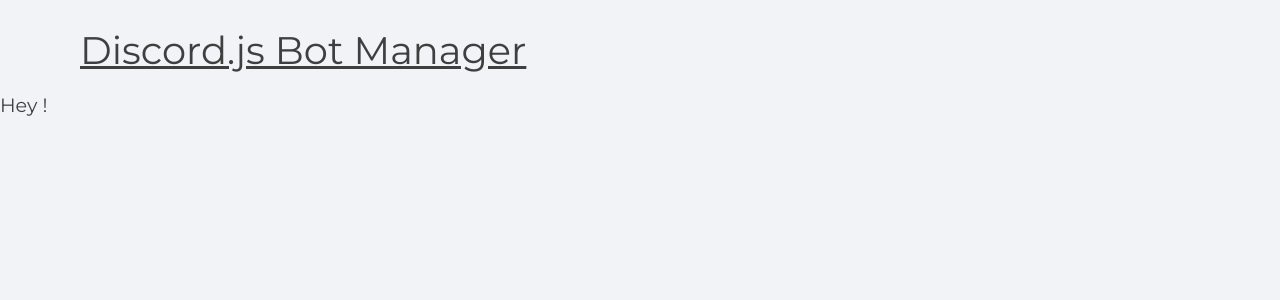
Repository: O-Schell/Discord-Bot-Manager
Page: Web_Interface/login page/Login.HTML
An editor plug-in stored every save of this project. The page is shown before and after the next save, followed by the edit.
The browser window is 1280 px wide. The pictures show the whole page.
Some web libraries are served in a nearby version. The style sheet was rebuilt from its Sass, Less or Tailwind sources for each picture, by a compiler version that may differ from the author's.

Above is the page before, as saved 2020-11-24 20:45:08.

### Web_Interface/login page/Login.HTML
<!DOCTYPE html>
<html lang="fr">

<head>
  <meta charset="utf-8" />
  <title>Bot Manager</title>
  <link rel="stylesheet" href="style.css" />
  <!--<script src="script.js"></script>-->
</head>

<body>
  <div class="container">
    <div>
      <h1><u>Discord.js Bot Manager</u></h1>
    </div>
  </div>
  <p1>Hey !</p1>
</body>

</html>

### Web_Interface/login page/style.scss
@import url("https://fonts.googleapis.com/css?family=Montserrat:400,700&display=swap");
@import url("https://unpkg.com/bootstrap@3.3.7/dist/css/bootstrap.min.css");

$mainC: #f1f3f6;
$secC: #9dabc0;

body {
  background: $mainC;
}

h1 {
  padding: 10px 10px;
  font-size: 3vw;
  width: max-content;
  font-family: "Montserrat";
  color: #3f3f3f;
}
p1 {
  font-size: 1.5vw;
  width: max-content;
  font-family: "Montserrat";
  color: #3f3f3f;
}

.title {
  position: fixed;
  left: 50%;
  transform: translate(-50%);
}

.neumorphism {
  border-radius: 30px;
  padding: 10px 10px;
  background: #dedede;
  box-shadow: 20px 20px 60px #6f6f6f, -20px -20px 60px #ffffff;

}

After the next save:
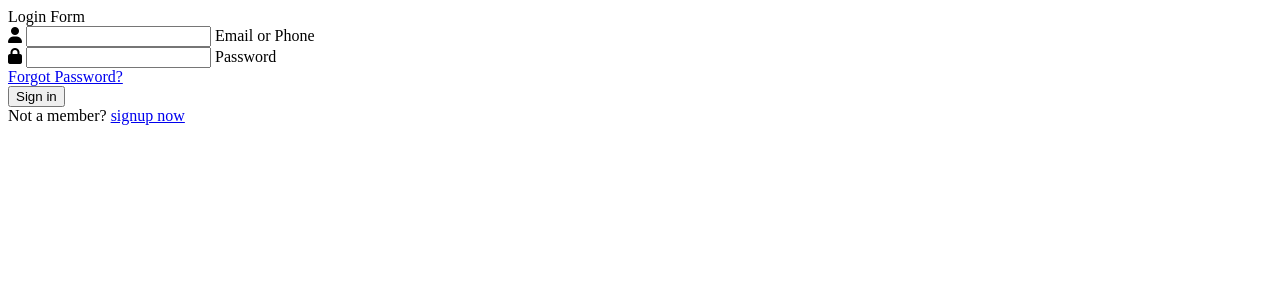
Saved 55 s later.
--- a/Web_Interface/login page/Login.HTML
+++ b/Web_Interface/login page/Login.HTML
@@ -1,20 +1,33 @@
 <!DOCTYPE html>
 <html lang="fr">
+<head>
+  <meta charset="UTF-8">
+  <meta name="viewport" content="width=device-width, initial-scale=1.0">
+  <meta http-equiv="X-UA-Compatible" content="ie=edge">
+  <title>Neumorphism Login Form UI</title>
+  <script src="https://kit.fontawesome.com/a076d05399.js"></script>
+</head>
+<body>
+    <div class="content">
 
-<head>
-  <meta charset="utf-8" />
-  <title>Bot Manager</title>
-  <link rel="stylesheet" href="style.css" />
-  <!--<script src="script.js"></script>-->
-</head>
-
-<body>
-  <div class="container">
-    <div>
-      <h1><u>Discord.js Bot Manager</u></h1>
-    </div>
+      <div class="text">Login Form</div>
+      <form action="#">
+        <div class="field"><!--                                                                                                                       /*font-weight: 600;background: #dde1e7;border: none;outline: none;ursor: pointer;border-radius: 25px;box-shadow: 2px 2px 5px #babecc,-5px -5px 10px#ffffff73;}button:focus{color: #3498db;box-shadow: inset 2px 2px 5px #babecc,inset -5px -5px 10px #ffffff73;}.signup{font-size: 16px;color: #595959;*/-->
+          <span class="fas fa-user"></span>
+          <input type="text" required>
+          <label>Email or Phone</label>
+        </div>
+        <div class="field">
+          <span class="fas fa-lock"></span>
+          <input type="password">
+          <label>Password</label>
+        </div>
+        <div class="forgot-pass"><a href="#">Forgot Password?</a></div>
+        <button>Sign in</button>
+        <div class="signup">Not a member?
+          <a href="#">signup now</a><!--                                                                                                                       /*font-weight: 600;background: #dde1e7;border: none;outline: none;ursor: pointer;border-radius: 25px;box-shadow: 2px 2px 5px #babecc,-5px -5px 10px#ffffff73;}button:focus{color: #3498db;box-shadow: inset 2px 2px 5px #babecc,inset -5px -5px 10px #ffffff73;}.signup{font-size: 16px;color: #595959;*/-->
+        </div>
+      </form>
   </div>
-  <p1>Hey !</p1>
-</body>
 
 </html>
